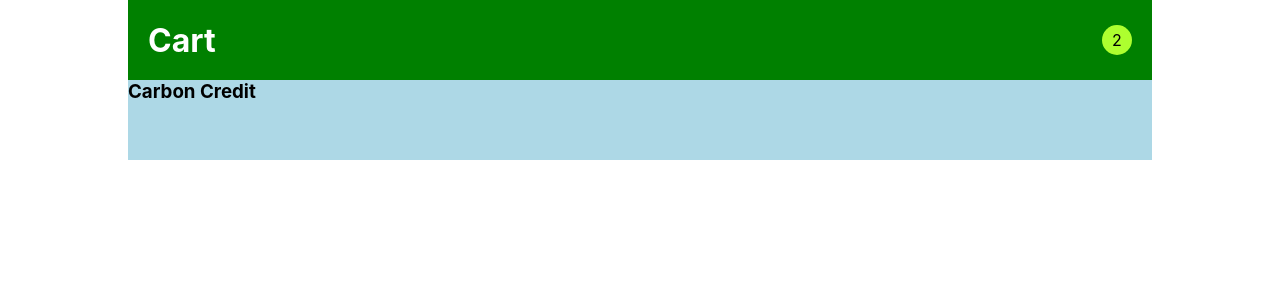
Repository: Yowani24/CarbonApp
Page: /cart
These files come from the project's save history. The page is drawn as it stood at one moment and after the next save; the edit follows.
The browser window is 1280 px wide. The pictures show the whole page.
The project was rebuilt for these pictures with package versions that can differ from the ones it lists, and the page was loaded fresh each time. The framework's server and built-in components were replaced by stand-ins that run in the browser. Also part of the build but not shown: next.config.js.

Above is the page before, as saved 2021-09-26 20:15:19.

### pages/_app.js
import '../styles/globals.css'
import Cart from './cart';

function MyApp({ Component, pageProps }) {
  return (
    <>
      <Component {...pageProps} />
    </>
  );
}

export default MyApp

### pages/cart/index.js
import React from 'react';
import Head from 'next/head'

import styles from './Cart.module.css'

export default function Cart(props) {
    return (
        <>
          <Head>
              <title>Cart</title>
          </Head>
          <header>
              <div className={styles.interface}>
                    <div className={styles.header_content}>
                        <h1>Cart</h1>
                        <p>2</p>
                    </div>
              </div>
          </header>

          <section>
              <div className={styles.interface}>
                  <div className={styles.boxes}>
                      <div className={styles.content_box}>
                          <div className={styles.box}>
                              <h3>Carbon Credit</h3>
                          </div>
                      </div>
                  </div>
              </div>
          </section>
        </>
    )
}

### styles/globals.css
html,
body {
  padding: 0;
  margin: 0;
  font-family: -apple-system, BlinkMacSystemFont, Segoe UI, Roboto, Oxygen,
    Ubuntu, Cantarell, Fira Sans, Droid Sans, Helvetica Neue, sans-serif;
}

a {
  color: inherit;
  text-decoration: none;
}

* {
  margin: 0;
  box-sizing: border-box;
}

### pages/cart/Cart.module.css
.interface{
    width: 80%;
    margin: 0 auto;
}
.header_content{
    display: flex;
    justify-content: space-between;
    align-items: center;
    height: 80px;
    padding: 0 20px;
    background: green;
}
.header_content h1{
    color: #FFFFFF;
}
.header_content p{
    background: greenyellow;
    display: flex;
    justify-content: center;
    align-items:center;
    width: 30px;
    height: 30px;
    border-radius: 100%;
}



.content_box{
    width: 100%;
    height: 80px;
    background:lightblue;
}

After the next save:
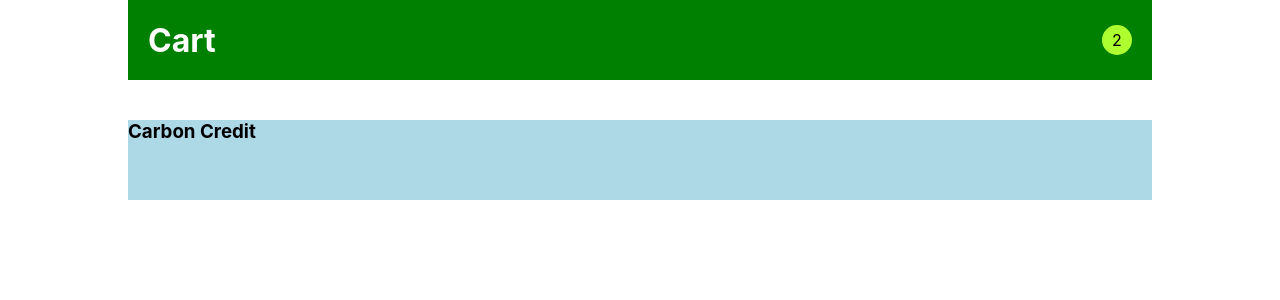
Saved 26 s later.
--- a/pages/cart/Cart.module.css
+++ b/pages/cart/Cart.module.css
@@ -24,7 +24,9 @@
 }
 
 
-
+.boxes{
+    margin-top: 40px;
+}
 .content_box{
     width: 100%;
     height: 80px;
